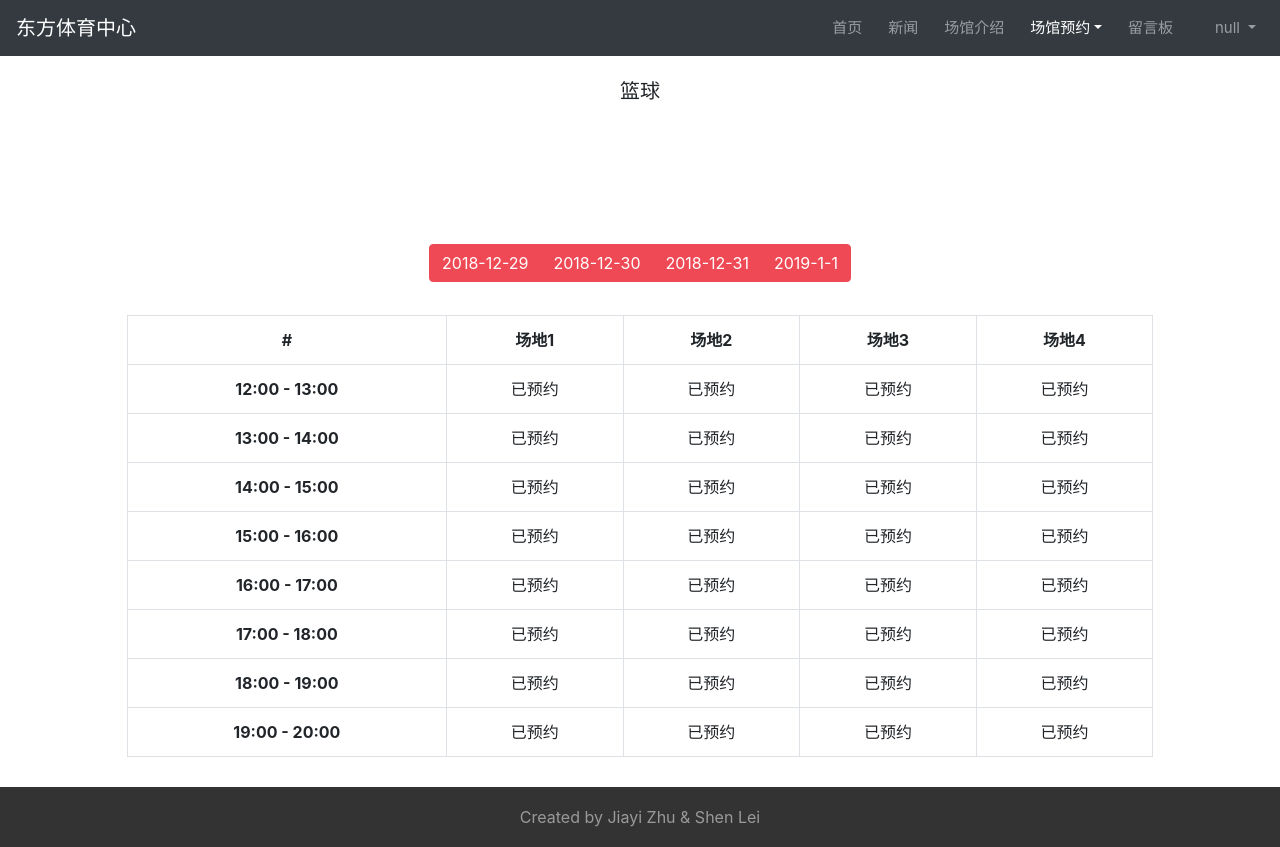
Repository: yueyue200830/Gym-Reservation
Page: http://localhost/reservation/reservation.jsp?rnvid=1
An editor plug-in stored every save of this project. The page is shown before and after the next save, followed by the edit.
The browser window is 1280 px wide. The pictures show the whole page.
Some web fonts or font styles are not loaded; a fallback is used. The page is served by Tomcat 9. Queries for data that is not in the repository find no rows.

Above is the page before, as saved 2018-12-28 06:05:09.

After the next save:
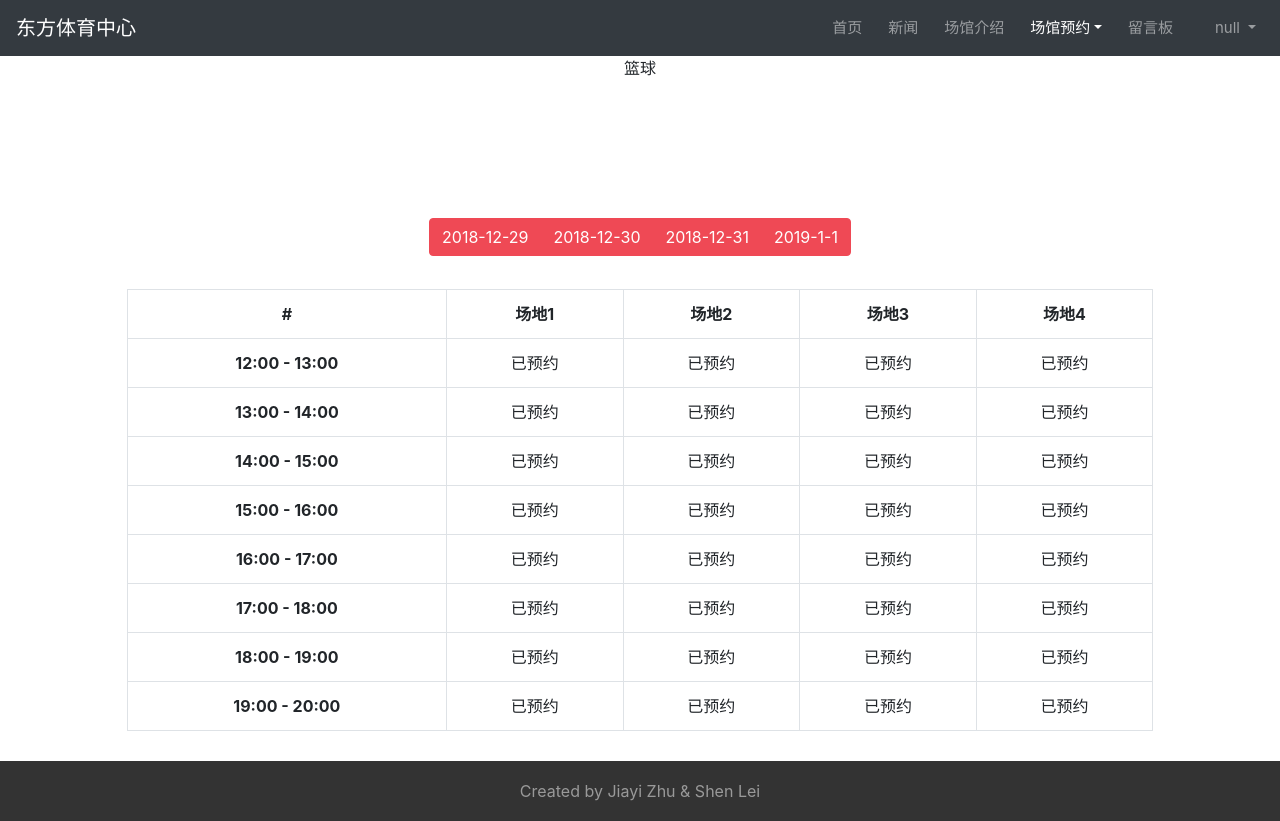
Saved 35 s later.
--- a/reservation/WebContent/reservation.css
+++ b/reservation/WebContent/reservation.css
@@ -13,8 +13,3 @@
 	padding: 1% !important;
 	margin-top:2% !important;
 }
-
-.rvn-title {
-	font-size: 20px;
-	margin-top: 20px !important;
-}
